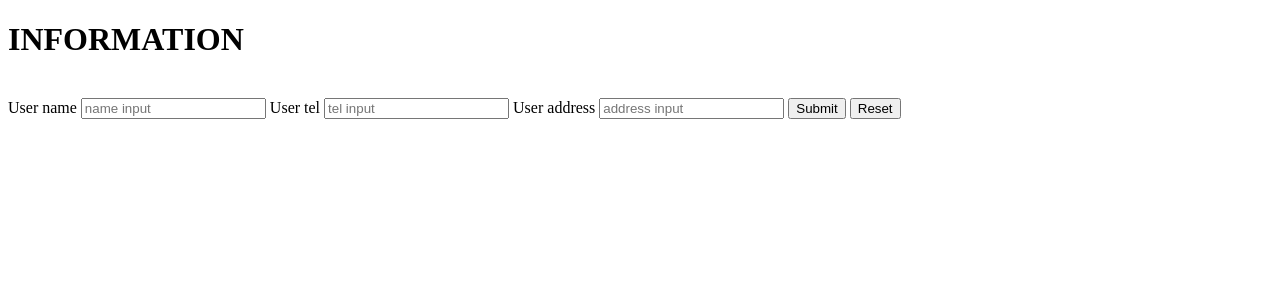
Repository: uhzoo0916/JSP_Servlet
Page: workspace/day54_servlet/WebContent/html/infoForm.html
An editor plug-in stored every save of this project. The page is shown before and after the next save, followed by the edit.
The browser window is 1280 px wide. The pictures show the whole page.

Above is the page before, as saved 2023-06-12 06:49:44.

After the next save:
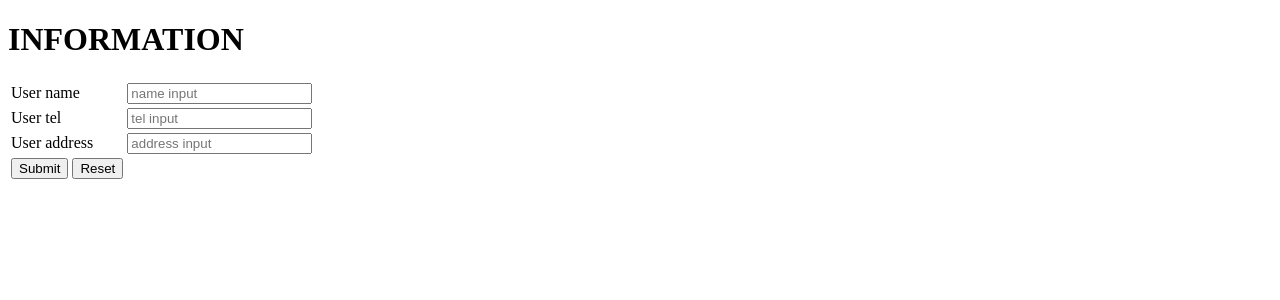
Saved 48 s later.
--- a/workspace/day54_servlet/WebContent/html/infoForm.html
+++ b/workspace/day54_servlet/WebContent/html/infoForm.html
@@ -4,14 +4,13 @@
 </head>
 <body>
 
-<h1>INFORMATION</h1> </br>
-
+<h1>INFORMATION</h1>
+<table>
 	<form action="../info" method="post" name = "frm">
 		<tr>
 			<td>User name</td>
 			<td><input type="text" name="name" placeholder="name input"></td>
 		</tr>
-
 		<tr>
 			<td>User tel</td>
 			<td><input type="tel" name="tel" placeholder="tel input"></td>
@@ -29,6 +28,7 @@
 			</td>
 		</tr>
 	</form>
+</table>
 
 </body>
 </html>
